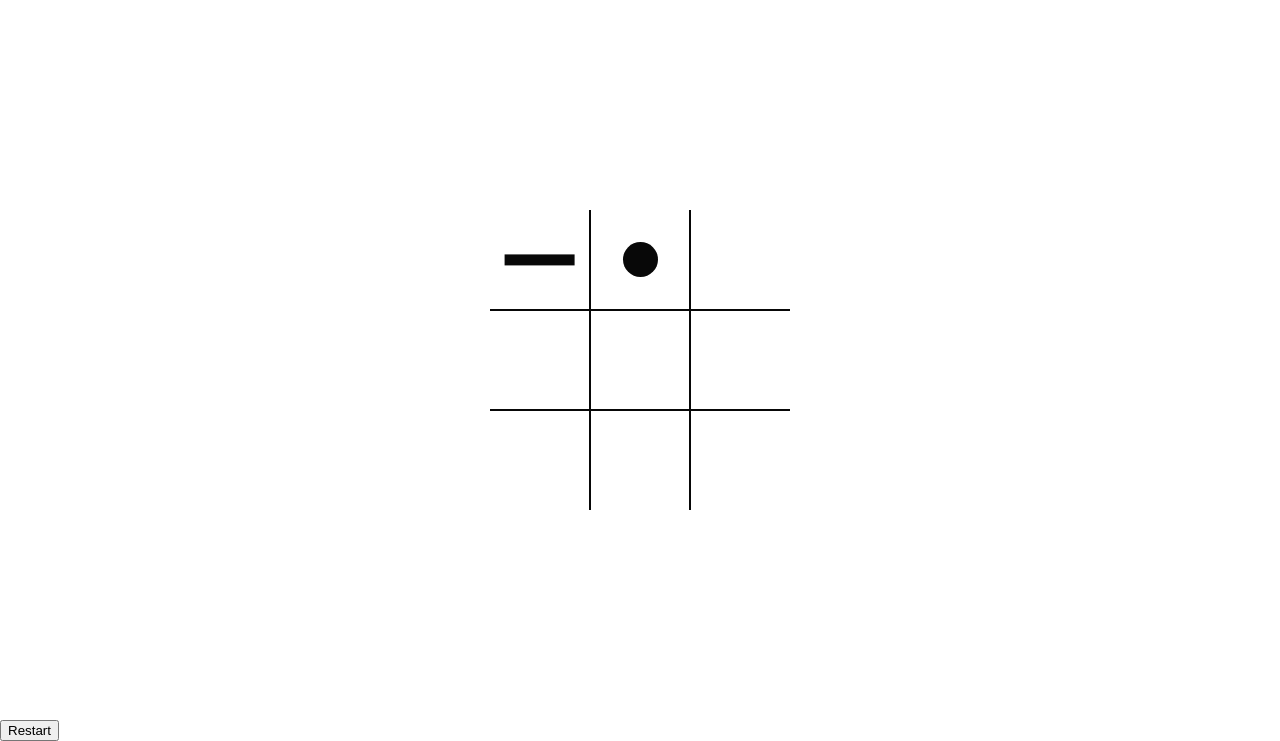
Repository: kkyler24/MCLA
Page: devFiles/TictactoeFiles/ticTacToe.html
The author's editor kept a copy of each file at every save. The page is drawn from the files as they stood at one save, then again after the next save.
The browser window is 1280 px wide. The pictures show the whole page.

Above is the page before, as saved 2020-04-17 13:39:31.

After the next save:
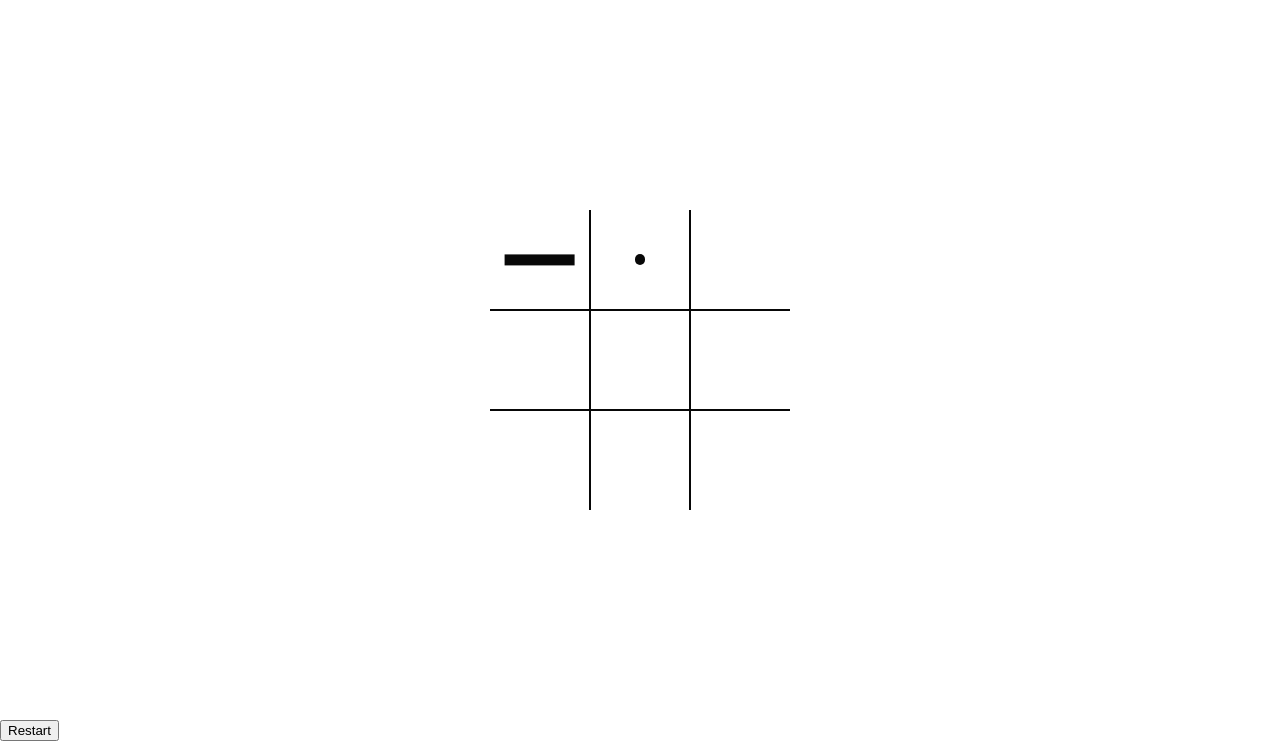
Saved 8 s later.
--- a/devFiles/TictactoeFiles/tictactoe.css
+++ b/devFiles/TictactoeFiles/tictactoe.css
@@ -65,10 +65,10 @@
 .cellBOne.circle::after{
     content: "";
     position: absolute;
-    width: calc(var(--mark-size)*.5);
+    width: calc(var(--mark-size)*.15);
     /* controls the height of the cricles */
     /* transform: rotate(90deg); */
-    height: calc(var(--mark-size)*.5);
+    height: calc(var(--mark-size)*.15);
     background-color: rgb(8, 8, 8);
     /* controls how the dashes look */
     border-radius: 50%;

After the save that followed:
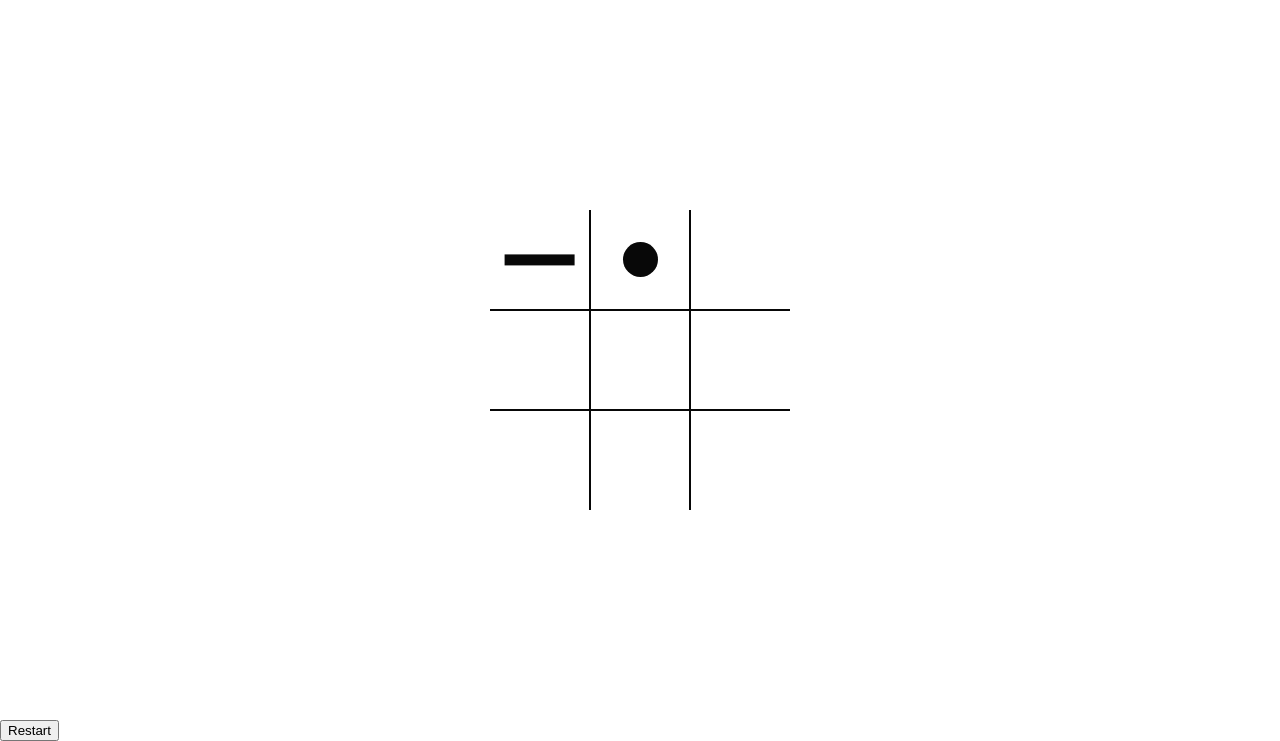
Saved 8 s later.
--- a/devFiles/TictactoeFiles/tictactoe.css
+++ b/devFiles/TictactoeFiles/tictactoe.css
@@ -65,10 +65,10 @@
 .cellBOne.circle::after{
     content: "";
     position: absolute;
-    width: calc(var(--mark-size)*.15);
+    width: calc(var(--mark-size)*.5);
     /* controls the height of the cricles */
     /* transform: rotate(90deg); */
-    height: calc(var(--mark-size)*.15);
+    height: calc(var(--mark-size)*.5);
     background-color: rgb(8, 8, 8);
     /* controls how the dashes look */
     border-radius: 50%;
